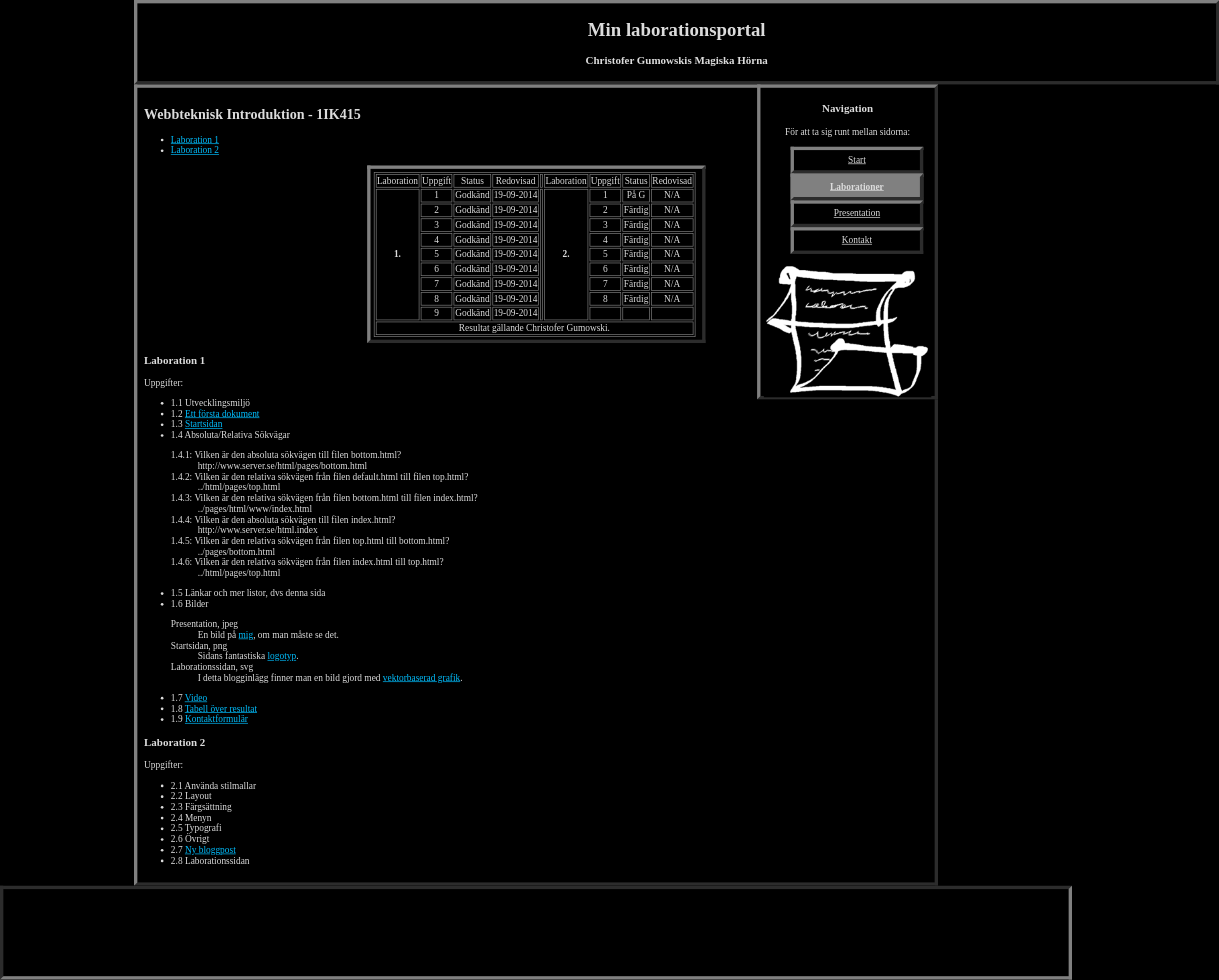
Repository: cg222im/1IK415_cg222im
Page: pages/laborationer.html
The author's editor kept a record of every edit. The page is drawn from the files as they stood at one moment, then again after the next edit.
The browser window is 1280 px wide. The page is 1820 px wide, then 1620 px, so the pictures cover 1820 px, including what lies to the right of the window. The pictures show the whole page, at 67% of full size.

Above is the page before.

### pages/laborationer.html
<!doctype html>
<html lang="sv">
    <head>
        <meta charset="UTF-8" />
        <title>laborationer</title>
        <link rel="stylesheet" href="../css/style.css" />
    </head>

    <body>
    <div id="wrapper">
        <div id="header">
            <h1>Min laborationsportal</h1>
            <h3>Christofer Gumowskis Magiska Hörna</h3>
        </div>


        <div id="nav">
            <h3>Navigation</h3>
            <p>För att ta sig runt mellan sidorna:</p>
            <ul class="navmenu">
                <li><a href="../index.html">Start</a></li>
                <li><a href="laborationer.html" id="active">Laborationer</a></li>
                <li><a href="presentation.html">Presentation</a></li>
                <li><a href="kontakt.html">Kontakt</a></li>
            </ul>
            <div id="logo"></div>
        </div>

        <div id="main">
        <h2>Webbteknisk Introduktion - 1IK415</h2>

            <ul>
                <li><a href="#Laboration1">Laboration 1</a></li>
                <li><a href="#Laboration2">Laboration 2</a></li>
            </ul>

            <div id="table">
                <!--Uppställd resultattabell-->
                <a id="resultat"></a>

                <table>
                    <thead>
                      <tr>
                        <td>Laboration</td>
                        <td>Uppgift</td>
                        <td>Status</td>
                        <td>Redovisad</td>

                        <td>  </td>

                        <td>Laboration</td>
                        <td>Uppgift</td>
                        <td>Status</td>
                        <td>Redovisad</td>
                      </tr>
                    </thead>

                    <tfoot>
                        <tr>
                          <td colspan="9">Resultat gällande Christofer Gumowski.</td>
                        </tr>
                    </tfoot>

                        <!--Följande kod är något komprimerad för att spara plats-->
                        <tbody>

                            <tr><th rowspan="9">1.</th>
                                <td>1</td><td>Godkänd</td><td>19-09-2014</td>
                            <th rowspan="9">  </th>
                            <th rowspan="9">2.</th>
                                <td>1</td><td>På G</td><td>N/A</td>   </tr>
                                    <tr><td>2</td><td>Godkänd</td><td>19-09-2014</td> <td>2</td><td>Färdig</td><td>N/A</td>   </tr>
                                    <tr><td>3</td><td>Godkänd</td><td>19-09-2014</td> <td>3</td><td>Färdig</td><td>N/A</td>   </tr>
                                    <tr><td>4</td><td>Godkänd</td><td>19-09-2014</td> <td>4</td><td>Färdig</td><td>N/A</td>   </tr>
                                    <tr><td>5</td><td>Godkänd</td><td>19-09-2014</td> <td>5</td><td>Färdig</td><td>N/A</td>   </tr>
                                    <tr><td>6</td><td>Godkänd</td><td>19-09-2014</td> <td>6</td><td>Färdig</td><td>N/A</td>   </tr>
                                    <tr><td>7</td><td>Godkänd</td><td>19-09-2014</td> <td>7</td><td>Färdig</td><td>N/A</td>   </tr>
                                    <tr><td>8</td><td>Godkänd</td><td>19-09-2014</td> <td>8</td><td>Färdig</td><td>N/A</td>   </tr>
                                    <tr><td>9</td><td>Godkänd</td><td>19-09-2014</td> <td></td><td></td><td></td>   </tr>
                        </tbody>
                </table>
            </div>

            <a id="Laboration1"></a>
            <h3>Laboration 1</h3>
            <p>Uppgifter:</p>
                <ul>
                    <li>1.1 Utvecklingsmiljö</li>
                    <li>1.2 <a href="../README.md">Ett första dokument</a></li>
                    <li>1.3 <a href="../index.html">Startsidan</a></li>
                    <li>1.4 Absoluta/Relativa Sökvägar
                        <dl>
                            <dt>1.4.1: Vilken är den absoluta sökvägen till filen bottom.html?</dt>
                                <dd>http://www.server.se/html/pages/bottom.html</dd>
                            <dt>1.4.2: Vilken är den relativa sökvägen från filen default.html till filen top.html?</dt>
                                <dd>../html/pages/top.html</dd>
                            <dt>1.4.3: Vilken är den relativa sökvägen från filen bottom.html till filen index.html?</dt>
                                <dd>../pages/html/www/index.html</dd>
                            <dt>1.4.4: Vilken är den absoluta sökvägen till filen index.html?</dt>
                                <dd>http://www.server.se/html.index</dd>
                            <dt>1.4.5: Vilken är den relativa sökvägen från filen top.html till bottom.html?</dt>
                                <dd>../pages/bottom.html</dd>
                            <dt>1.4.6: Vilken är den relativa sökvägen från filen index.html till top.html?</dt>
                                <dd>../html/pages/top.html</dd>
                        </dl></li>
                    <li>1.5 Länkar och mer listor, dvs denna sida</li>
                    <li>1.6 Bilder
                        <dl>
                            <dt>Presentation, jpeg</dt>
                                <dd>En bild på <a href="presentation.html#portrait">mig</a>, om man måste se det.</dd>
                            <dt>Startsidan, png</dt>
                                <dd>Sidans fantastiska <a href="../pics/logo.png">logotyp</a>.</dd>
                            <dt>Laborationssidan, svg</dt>
                                <dd>I detta blogginlägg finner man en bild gjord med <a href="../index.html#svgBlogg">vektorbaserad grafik</a>.</dd>
                        </dl></li>
                    <li>1.7 <a href="../index.html#trailer">Video</a></li>
                    <li>1.8 <a href="#resultat">Tabell över resultat</a></li>
                    <li>1.9 <a href="kontakt.html">Kontaktformulär</a></li>
                </ul>

            <a id="Laboration2"></a>
            <h3>Laboration 2</h3>
            <p>Uppgifter:</p>
                <ul>
                    <li>2.1 Använda stilmallar</li>
                    <li>2.2 Layout</li>
                    <li>2.3 Färgsättning</li>
                    <li>2.4 Menyn</li>
                    <li>2.5 Typografi</li>
                    <li>2.6 Övrigt</li>
                    <li>2.7 <a href="../index.html#treeblogg">Ny bloggpost</a></li>
                    <li>2.8 Laborationssidan</li>
                </ul>
        </div>

    </div>

    <div id="footer">

    </div>

    </body>

</html>

### css/style.css
html, body {height: 100%;}


a:link { color: #00BFFF; }
a:visited { color: purple; }
a:focus { color: yellow; }
a:hover { color: yellow; }
a:active { color: silver; }

body {
    background-color: black;
    font-family: "Times New Roman", Helvetica, Arial, sans-serif;
    font-size: 14px;
    width: 1600px;
    height: 1200px;
    color: #DCDCDC;
    text-align: center;
    margin: auto auto;
}
#wrapper {
    background-color: black;
    min-height: 100%;
    margin: 0 auto -120px auto;
    width: 1200px;
}
#header {
    border-style: outset;
    border-width: 5px;
    border-color: gray;
    background-color:black;
    color: #DCDCDC;
    text-align: center;
    padding: 5px;
    width: 1600px;
}
#main {
    border-style: outset;
    border-width: 5px;
    border-color: gray;
    background-color: black;
    color: #DCDCDC;
    text-align: left;
    padding: 10px;
}
/* För att få sticky footer */
#wrapper:after {
    content:"";
    display:block;
    height: 120px;
}
#footer {
    border-style: inset;
    border-width: 5px;
    border-color: gray;
    background-color: black;
    color: #DCDCDC;
    clear: both;
    text-align: center;
    padding: 5px;
    height: 120pX;
    margin: 0 auto 0 auto;
}
#bloglist {
    border-style: inset;
    border-width: 5px;
    border-color: gray;
    background-color: black;
    color: #DCDCDC;
    text-align: left;
    width: 800px;
}
#table {
    text-align: center;
    margin: 0 auto;
    width: 485px;
    /* Kan behöva komma att ändra storlek allt eftersom; dela upp i Laborationer/kolumner? */
    height: 245px;
    margin-left: auto;
    margin-top: auto;
    border-style: outset;
    border-width: 5px;
    border-color: gray;
    background-color:black;
    color: #DCDCDC;
    padding: 5px;
}
table, th, td {
    border: 1px;
    border-style: solid;
    border-color: gray;
}
/* För formulär i kontakt.html vars sidas formatering inte fungerar? */
#form {
    height: 100%;
    float: left;
    border-style: outset;
    border-width: 5px;
    border-color: gray;
    background-color:black;
    color: #DCDCDC;
    padding: 5px;
}
#nav {
    margin: 0;
    padding: 5;
    width:250px;
    border-style: outset;
    border-width: 5px;
    border-color:gray;
    background-color: black;
    color: #DCDCDC;
    height: 450px;
    float: right;
    padding: 5px;
}
.navmenu {
    list-style: none;
}
.navmenu li a:hover {
    background-color: gray;
    color: yellow;
}
.navmenu li a:focus {
    background-color: gray;
    color: yellow;
}
.navmenu li a {
    line-height: 30px;
    border-style: outset;
    border-width: 5px;
    border-color: gray;
    background-color: black;
    color: #DCDCDC;
    display: block;
    width: 80%;
    padding: 0px 10px;
}
#active {
    display: block;
    font-weight: bold;
    background-color: gray;
}
/* Logo, endast för #nav */
#logo {
    display: block;
    height: 200px;
    background-image: url(pics/logo2.png);
}
/* thumb bild för blogginlägg */
.thumb {
    display: block;
    height: 16px;
    width: 20px;
    background-image: url(pics/thumb2.png);
    float: left;
    margin: 2px;
}
.rightBlog {
    float: right;
    border-style: outset;
    border-width: 5px;
    border-color: gray;
}
img.rightBlog {
    float: right;
    margin-right: 20px;
}
.leftBlog {
    float: left;
    margin: 10px;
    border-style: inset;
    border-width: 5px;
    border-color: gray;
}
.center {
    display: block;
    margin: 20px auto 20px auto;
}

After the next edit:
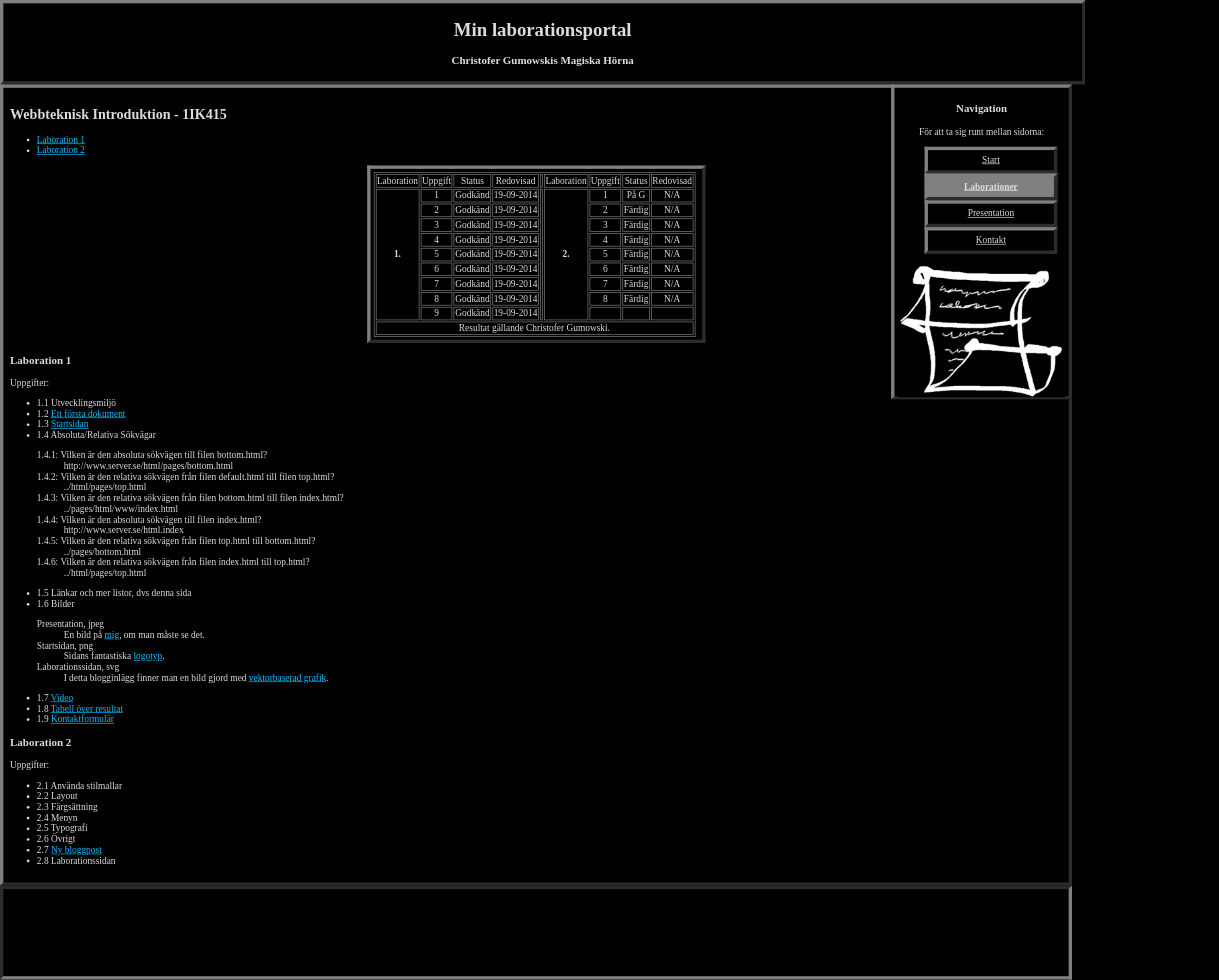
The edit:
--- a/css/style.css
+++ b/css/style.css
@@ -21,7 +21,7 @@
     background-color: black;
     min-height: 100%;
     margin: 0 auto -120px auto;
-    width: 1200px;
+    width: 1600px;
 }
 #header {
     border-style: outset;
